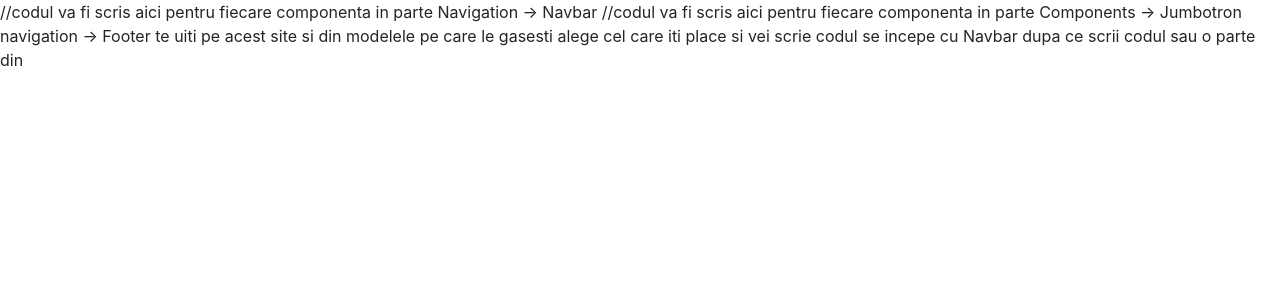
Repository: nicolasolo/bitesizecoding.space
Page: index.html
The author's editor kept a copy of each file at every save. The page is drawn from the files as they stood at one save, then again after the next save.
The browser window is 1280 px wide. The pictures show the whole page.

Above is the page before, as saved 2020-04-09 17:33:37.

After the next save:
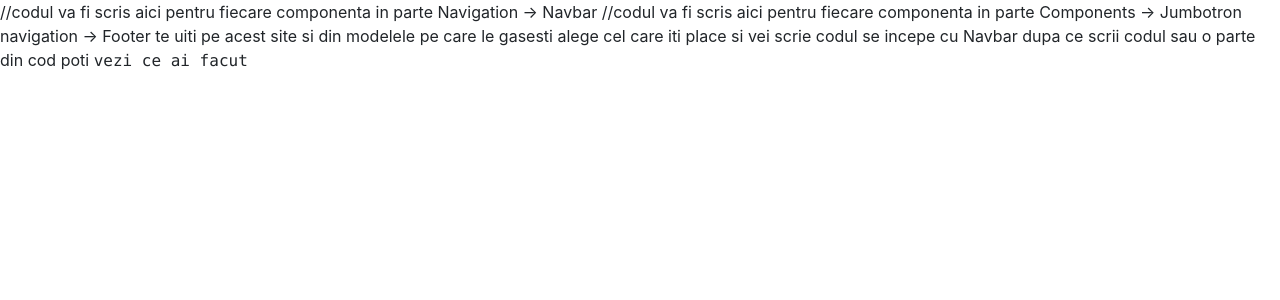
Saved 9 s later.
--- a/index.html
+++ b/index.html
@@ -21,7 +21,7 @@ navigation -> Footer
 te uiti pe acest site si din modelele pe care le gasesti alege cel care iti place
 si vei scrie codul
 se incepe cu Navbar
-dupa ce scrii codul sau o parte din
+dupa ce scrii codul sau o parte din cod poti <samp>vezi ce ai facut </samp>
 
 <script src="https://code.jquery.com/jquery-3.4.1.slim.min.js" integrity="sha384-J6qa4849blE2+poT4WnyKhv5vZF5SrPo0iEjwBvKU7imGFAV0wwj1yYfoRSJoZ+n" crossorigin="anonymous"></script>
 <script src="https://cdn.jsdelivr.net/npm/popper.js@1.16.0/dist/umd/popper.min.js" integrity="sha384-Q6E9RHvbIyZFJoft+2mJbHaEWldlvI9IOYy5n3zV9zzTtmI3UksdQRVvoxMfooAo" crossorigin="anonymous"></script>
